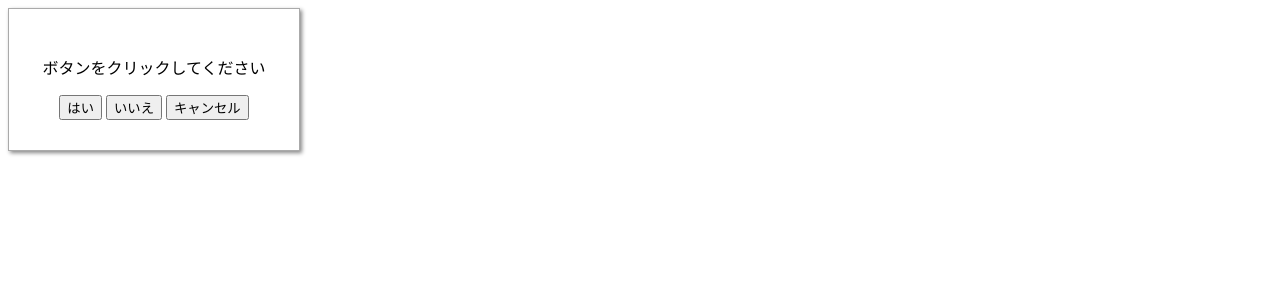
Repository: kazyakuma/Samurai_JS
Page: javascript/practice10-3.html
The author's editor kept a record of every edit. The page is drawn from the files as they stood at one moment, then again after the next edit.
The browser window is 1280 px wide. The pictures show the whole page.

Above is the page before.

After the next edit:
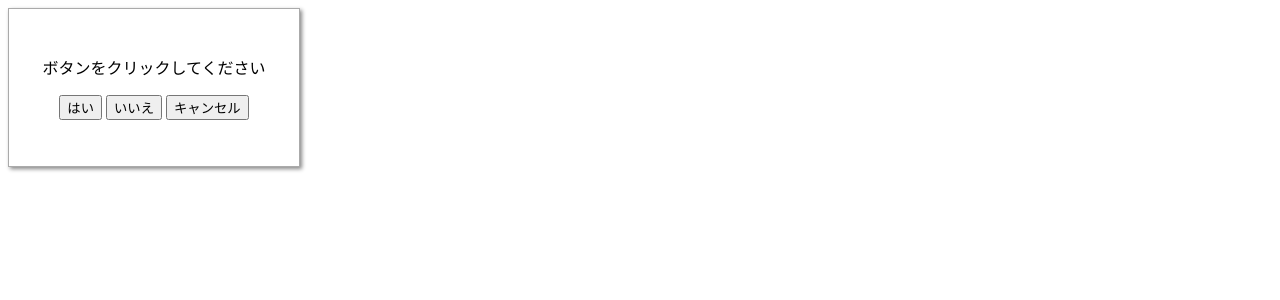
The edit:
--- a/javascript/practice10-3.html
+++ b/javascript/practice10-3.html
@@ -19,6 +19,7 @@
         <input type = "button" name = "yes" value = "はい">
         <input type = "button" name = "no" value = "いいえ">
         <input type = "button" name = "cancel" value = "キャンセル">
+        <p id = "view"></p>
     </form>
 
     <script>
